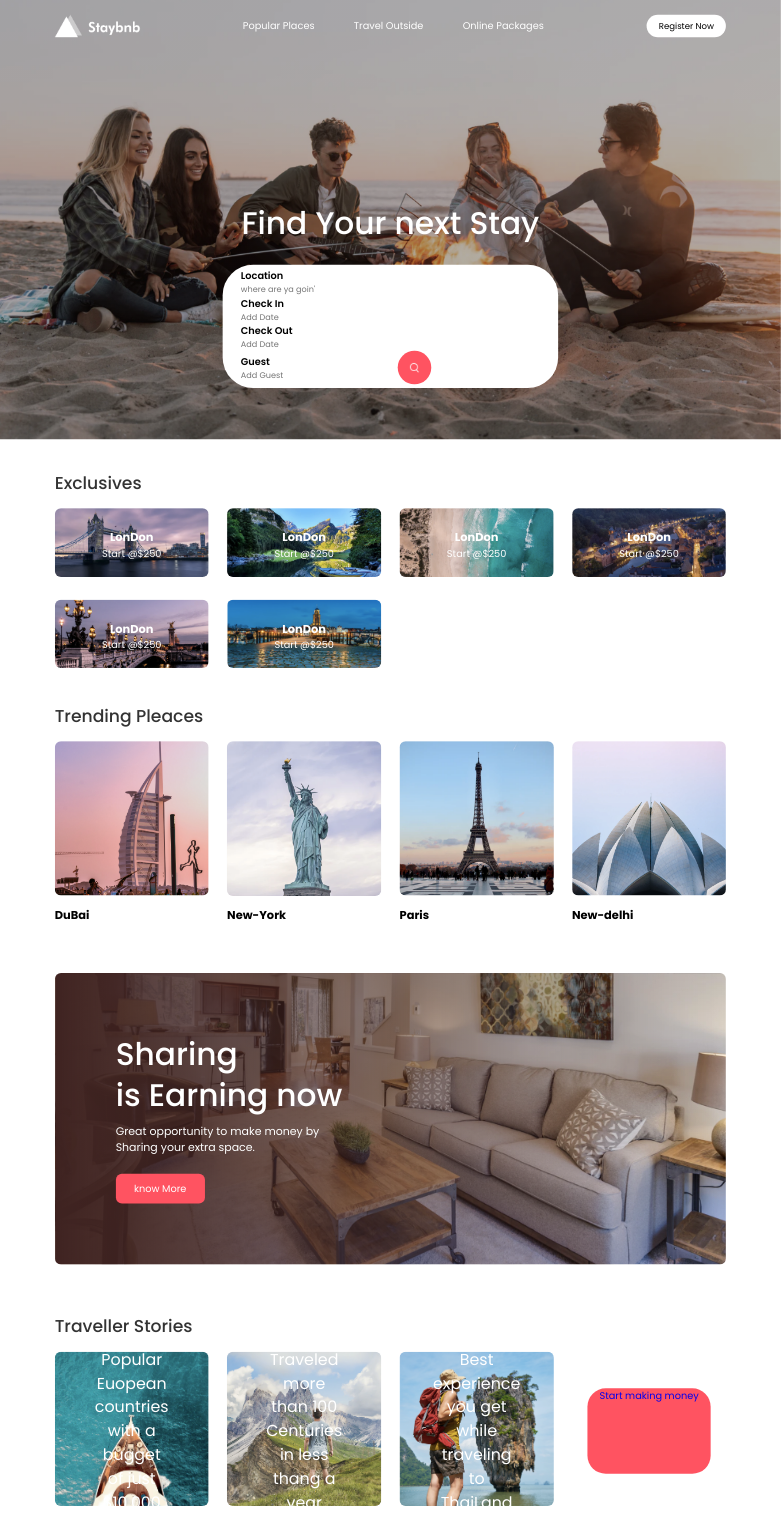
Repository: pinocoding/AirBnB
Page: house.html
The author's editor kept a copy of each file at every save. The page is drawn from the files as they stood at one save, then again after the next save.
The browser window is 1280 px wide. The pictures show the whole page, at 61% of full size.

Above is the page before, as saved 2022-01-23 16:16:40.

### house.html
<!DOCTYPE html>
<html lang="en">
<head>
  <meta charset="UTF-8">
  <meta http-equiv="X-UA-Compatible" content="IE=edge">
  <meta name="viewport" content="width=device-width, initial-scale=1.0">
  <link rel="stylesheet" href="./style.css">
  <title>AirBnB</title>
</head>
<body>
  <!-- header -->
  <div class="header">
   <nav>
     <img src="/images/logo.png" class="logo" alt="blem" >
     <ul class="nav-links">
       <li><a href="#">Popular Places</a></li>
       <li><a href="#">Travel Outside</a></li>
       <li><a href="#">Online Packages</a></li>
     </ul>
     <a href="#"class="regiser-btn">Register Now</a>
   </nav>
   <div class="container">
     <h1>
       Find Your next Stay
     </h1>
     <div class="search-bar">
       <form >
         <div class="location-input">
           <label for="">Location</label>
           <input type="text" placeholder="where are ya goin'">
         </div>
         <div>
          <label for="">Check In </label>
          <input type="text" placeholder="Add Date">
        </div>
        <div>
          <label for="">Check Out</label>
          <input type="text" placeholder="Add Date">
        </div>
        <div>
          <label for="">Guest</label>
          <input type="text" placeholder="Add Guest">
        </div>
        <button type="submit">
          <img src="/images/search.png" alt="blem" >
        </button>
       </form>
     </div>


   </div>
   <!-- IMG gallary  -->


<!-- ---------Container------ -->

  </div>
  <div class="container">
    <h2 class="sub-title">Exclusives</h2>
    <div class="exclusives">
   <div>
     <img src="/images/image-1.png" alt="">
     <span>
       <h3>
         LonDon
       </h3>
       <p>
         Start @$250
       </p>
     </span>
   </div>
   <div>
    <img src="/images/image-2.png" alt="">
    <span>
      <h3>
        LonDon
      </h3>
      <p>
        Start @$250
      </p>
    </span>
  </div>
  <div>
    <img src="/images/image-3.png" alt="">
    <span>
      <h3>
        LonDon
      </h3>
      <p>
        Start @$250
      </p>
    </span>
  </div>
  <div>
    <img src="/images/image-4.png" alt="">
    <span>
      <h3>
        LonDon
      </h3>
      <p>
        Start @$250
      </p>
    </span>
  </div>
  <div>
    <img src="/images/image-5.png" alt="">
    <span>
      <h3>
        LonDon
      </h3>
      <p>
        Start @$250
      </p>
    </span>
  </div>
  <div>
    <img src="/images/image-6.png" alt="">
    <span>
      <h3>
        LonDon
      </h3>
      <p>
        Start @$250
      </p>
    </span>
  </div>
    </div>
    <h2 class="sub-title">
      Trending Pleaces
    </h2>
    <div class="trending">
      <div>
        <img src="/images/dubai.png" alt="blem" >
        <h3>DuBai</h3>
      </div>
      <div>
        <img src="/images/new-york.png" alt="blem" >
        <h3>New-York</h3>
      </div>
      <div>
        <img src="/images/paris.png" alt="blem" >
        <h3>Paris</h3>
      </div>
      <div>
        <img src="/images/new-delhi.png" alt="blem" >
        <h3>New-delhi</h3>
      </div>
    </div>
    <div class="cta">
      <h3>Sharing <br> is Earning now</h3>
      <p>Great opportunity to make money by <br> Sharing your extra space.</p>
      <a href="#" class="cta-btn">know More </a>
    </div>
<h2 class="sub-title">
  Traveller Stories
</h2>
<div class="stories">
  <div>
    <img src="/images/story-1.png" alt="#" >
    <p>Popular Euopean countries with a bugget of just $10.000 </p>
  </div>
  <div>
    <img src="/images/story-2.png" alt="#" >
    <p>Traveled more than 100 Centuries in less thang a year  </p>
  </div>
  <div>
    <img src="/images/story-3.png" alt="#" >
    <p>Best experience you get while traveling to ThaiLand</p>
  </div>
 <a href="#" class="start-btn">Start making money</a>

</div>
<!--  -->

</div>
</body>
<script src="./function.js"></script>
</html>

### style.css
@import url('https://fonts.googleapis.com/css2?family=Poppins:wght@300;400;500;600;700&display=swap');
:root {
  --text-colorWhite : #fff;
  --text-colorBlack : #000;
  --background  : #fff;
}
* {
  margin: 0;
  padding: 0;
  box-sizing: border-box;
  font-family: 'Poppins', sans-serif;
}
.header {
  min-height: 100vh;
  width: 100%;
  background-image:linear-gradient(rgba(0,0,0,0.3),rgba(0,0,0,0.3)),url(/images/banner.png);
  background-size: cover;
  background-position: center;
}
nav {
  display: flex;
  align-items: center;
  justify-content: space-between;
  padding: 20px  7%;
}
.logo {
  width: 140px;
  cursor: pointer;
}
.nav-links li {
  list-style: none;
  display: inline-block;
  margin : 10px 30px
}
.nav-links li a {
  text-decoration: none;
  color: var(--text-colorWhite);
}
 .regiser-btn {
   background:var(--background) ;
   color: #000;
   padding:8px 20px;
   border-radius: 20px;
   font-size: 14px;
   text-decoration: none;
  outline: none;

}
.container {
  padding :0 7%;
}
.container h1  {
font-size: 4vw;
font-weight: 500;
color: var(--text-colorWhite);
text-align: center;
padding-top: 22%

}
.search-bar {
  background: var(--background);
  width: 50%;
  margin: 30px auto;
  padding: 6px 10px 6px 30px;
  border-radius: 50px;

}
.search-bar form {
  display:  flex;
  align-items: center;
  flex-wrap: wrap;
}
.search-bar form input {
  display: block;
  border: 0;
  outline: none;
  background: transparent;
}
.search-bar form button {
  background: #ff5361;
  width: 55px;
  height: 55px;
  border-radius: 50%;
  outline: none;
  border: 0;
  cursor: pointer;
}
.search-bar form button img {
  width: 15px;
  margin-top: 7px;
}
.location-input {
  flex: 1;
}
.search-bar form label {
  font-weight: 600;
}
/* ---------Exclusives--------- */
.sub-title {
  margin:  50px 0 20px;
  font-size: 2.2vw;
  font-weight: 500;
  color: #333;
}
.exclusives {

  display: grid ;
  grid-template-columns: repeat(auto-fit,minmax(200px,1fr));
  grid-gap: 30px


}
.exclusives div img {
  width:100% ;
  border-radius: 10px;
}
.exclusives div {
  position: relative;
}
.exclusives div span {
  position:absolute;
  top : 50%;
  left: 50%;
  transform: translate(-50%,-50%);
  color: var(--text-colorWhite);
  text-align: center;
  cursor: pointer;
}
/* ------------Trending Please---------------------- */
.trending {

  display: grid ;
  grid-template-columns: repeat(auto-fit,minmax(200px,1fr));
  grid-gap: 30px;
  margin-bottom :30px;


}
.trending div img {
  width:100% ;
  border-radius: 10px;
}
.trending h3 {
  font-size: 600;
  margin-top :10px
}
/* -----Call to action --- */
.cta {
  margin : 80px 0  ;
  background-image: linear-gradient(to right, #3f2321,transparent),url(/images/banner-2.png);
  background-size: cover ;
  background-position: center;
  border-radius: 10px;
  padding: 100px;
  color: var(--text-colorWhite);


}
.cta  h3 {
  font-size: 4vw ;
  line-height: 5.3vw ;
  font-weight: 500;

}
.cta p {
  font-size: 18px;
  margin: 10px 0;
}
.cta .cta-btn {
  background: #ff5361;
  color: #fff;
  text-decoration: none;
  padding: 12px  30px ;
  border-radius: 10px;
  margin-top:20px ;
  display: inline-block;

}
/* ------------Traveller Stories--------- */
.stories {
  display: grid ;
  grid-template-columns: repeat(auto-fit,minmax(200px,1fr));
  grid-gap: 30px;
  margin-bottom :30px;

}
.stories div img {
  width: 100%;
  border-radius: 10px;
}
.stories div {
  position: relative;
  text-align: center;

}
.stories p {
  width: 80%px;
  position: absolute;
  top: 50%;
  left: 50%;
  transform: translate(-50%,-50%);
  color: var(--text-colorWhite);
  font-size: 26px;
}
.start-btn {
  text-decoration: none;
  background-color: #ff5361;
  width: 80%;
  max-width: 350px;
  display: block;
  text-align: center;
  margin : 60px auto ;
  border-radius: 30px;


}

Loaded but not shown: function.js (no copy from this time; the picture is the same without it)

After the next save:
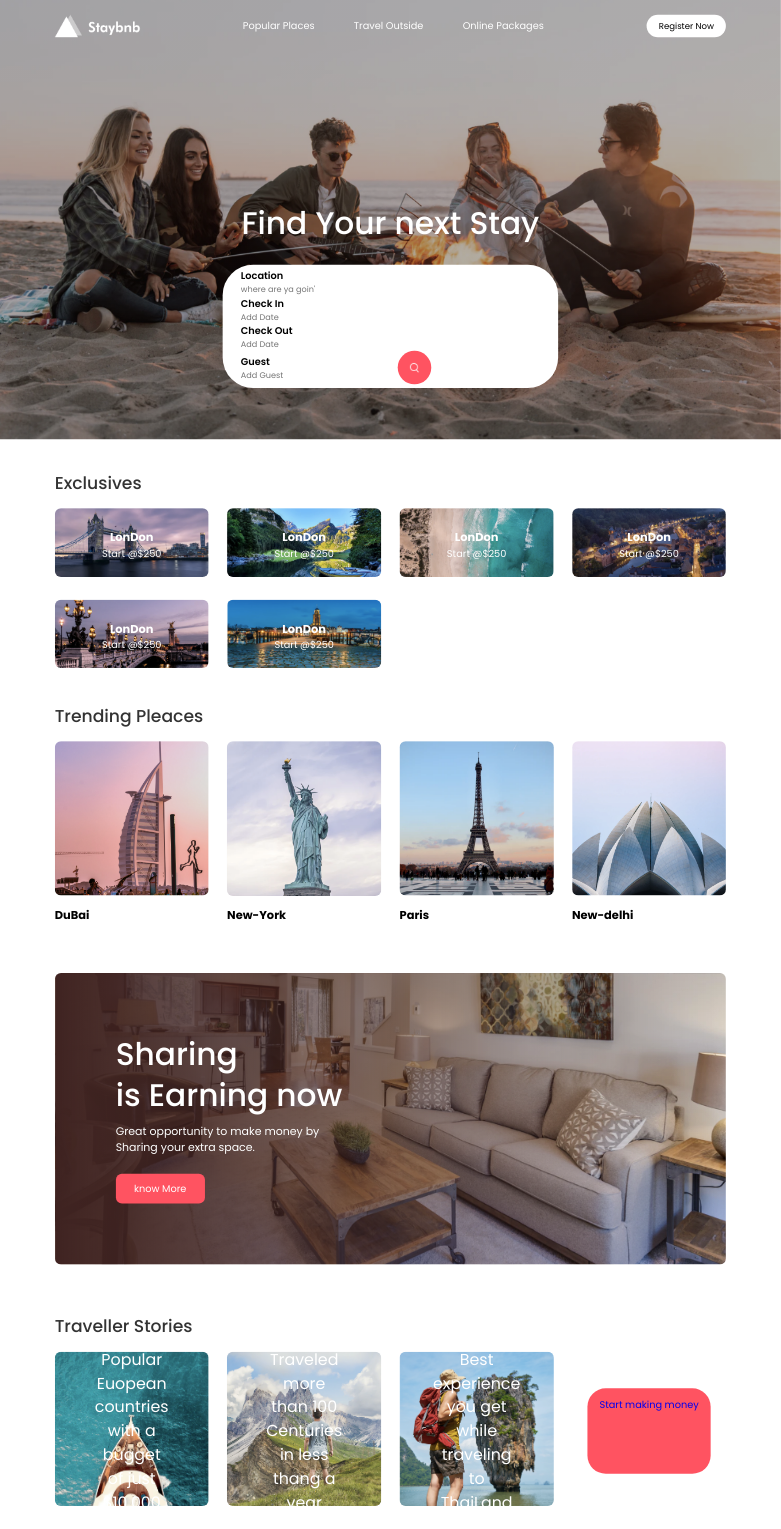
Saved 18 s later.
--- a/style.css
+++ b/style.css
@@ -211,6 +211,6 @@ padding-top: 22%
   text-align: center;
   margin : 60px auto ;
   border-radius: 30px;
-
-
-}
+  padding : 15px
+
+}
